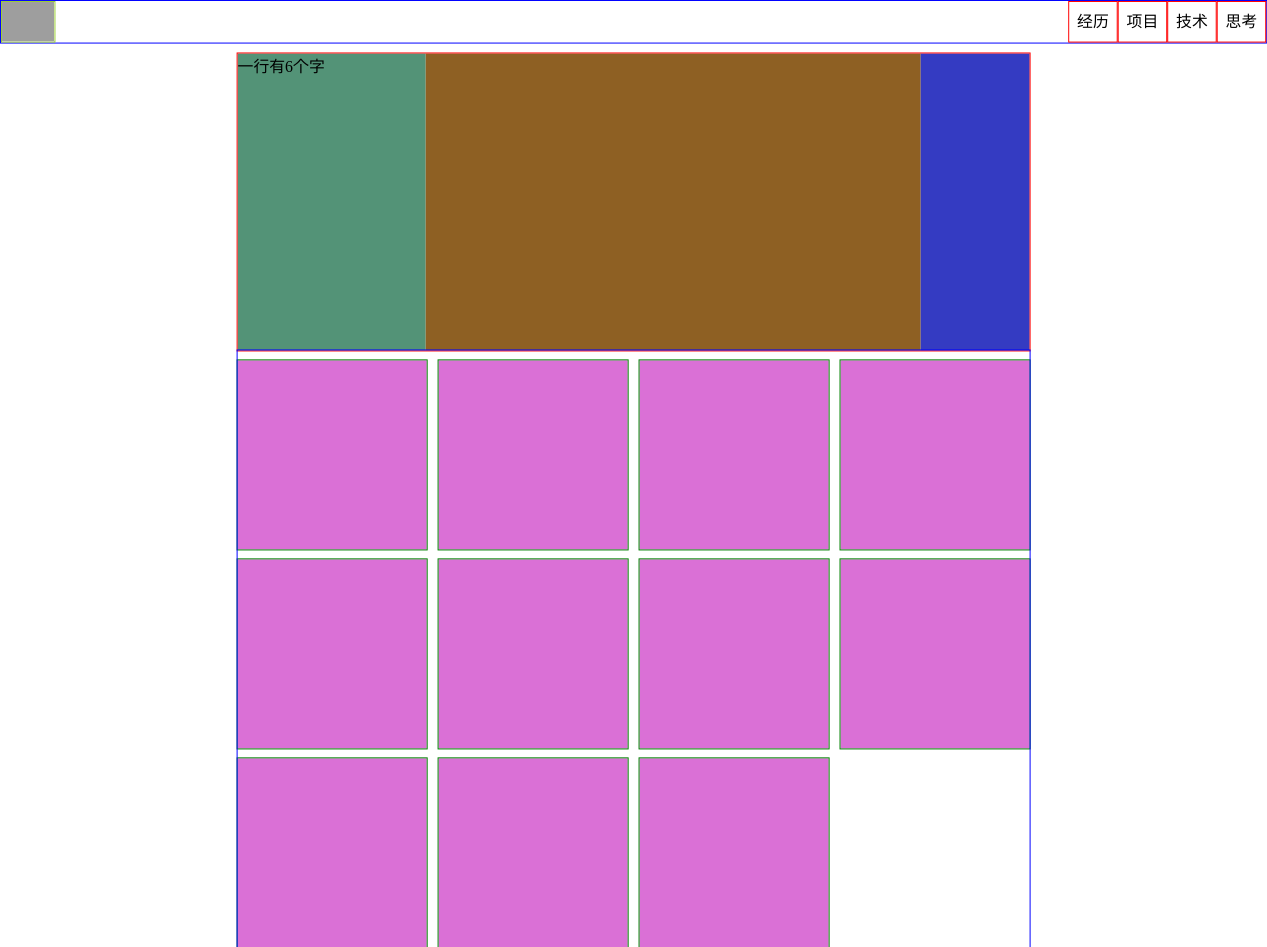
Repository: Lixianlai-2/Css-practice
Page: index.html
An editor plug-in stored every save of this project. The page is shown before and after a run of saves, followed by the edit.
The browser window is 1280 px wide. The pictures show the whole page, at 99% of full size.
Pictures or frames that could not be fetched are drawn as grey boxes.

Above is the page before, as saved 2021-12-03 11:46:23.

After the next 3 saves:
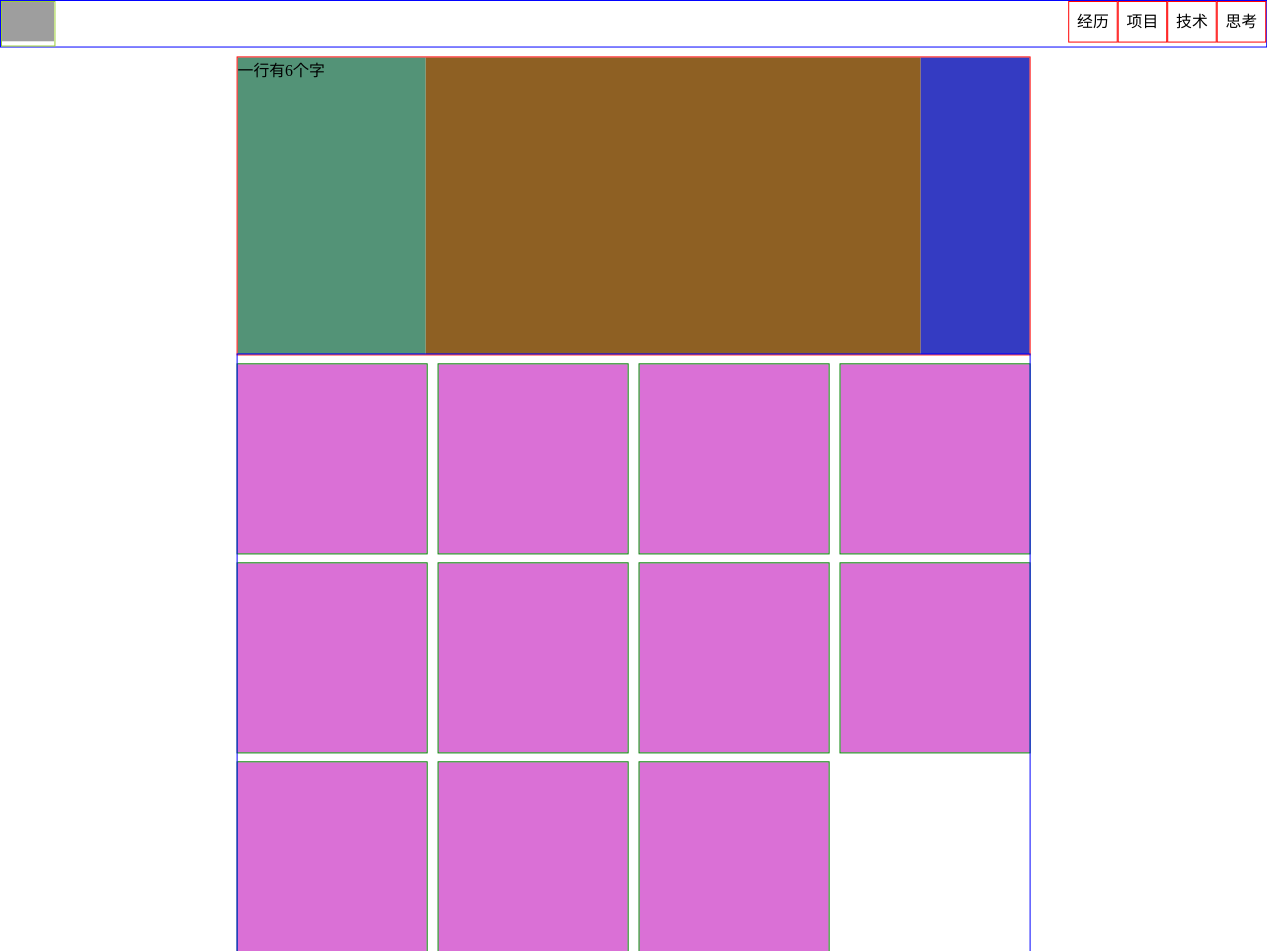
The 3 saves are shown as one change because they came seconds apart.
The last was saved 12 min 57 s later.
--- a/style.css
+++ b/style.css
@@ -30,7 +30,7 @@ ol {
 }
 .logo > img {
   height: 40px;
-  vertical-align: middle;
+  /* vertical-align: middle; */
 }
 
 ul > li {

After the save that followed:
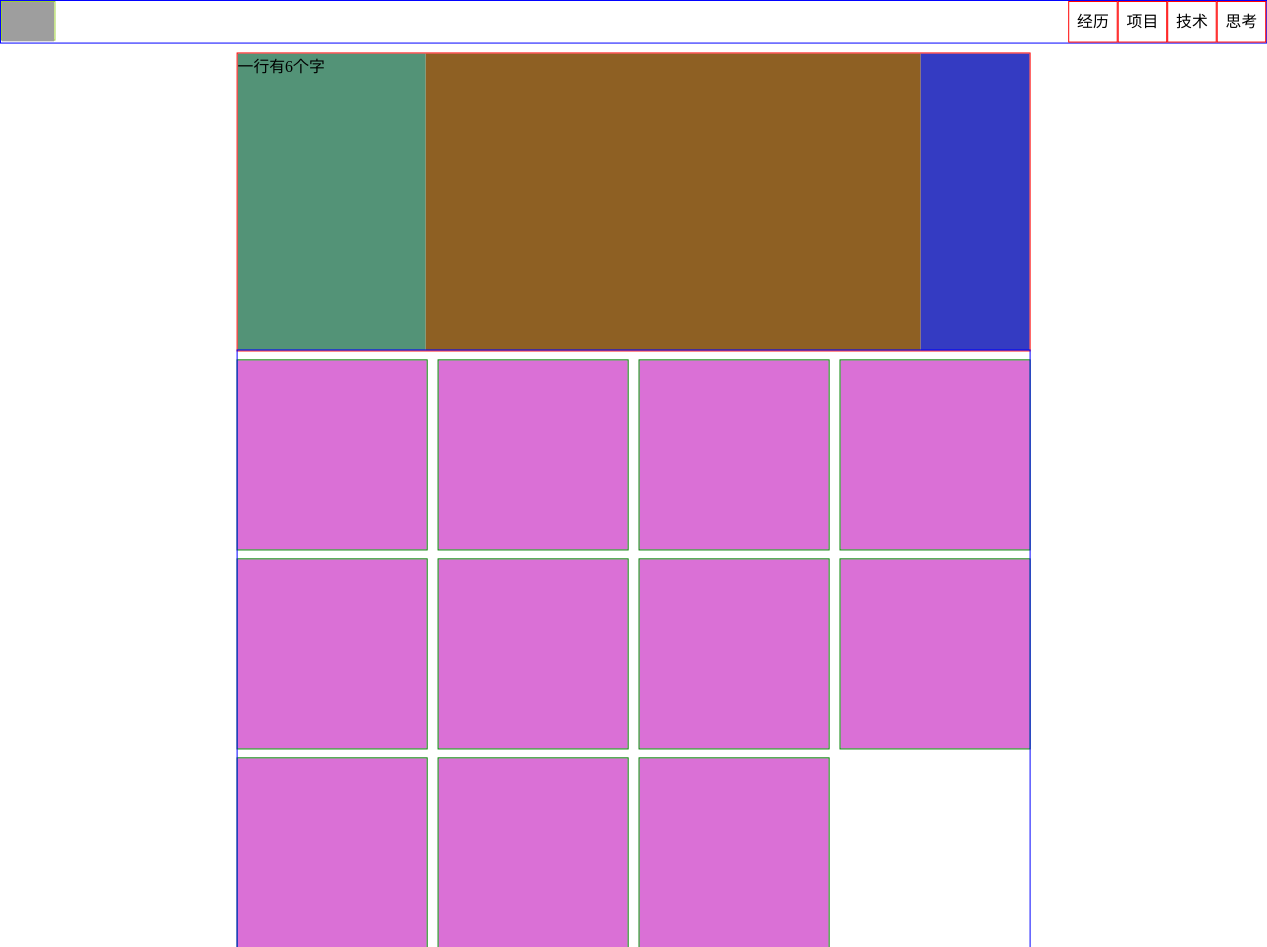
Saved 77 s later.
--- a/style.css
+++ b/style.css
@@ -27,6 +27,7 @@ ol {
   display: inline-block;
   border: 1px solid yellowgreen;
   float: left;
+  height: 40px;
 }
 .logo > img {
   height: 40px;
